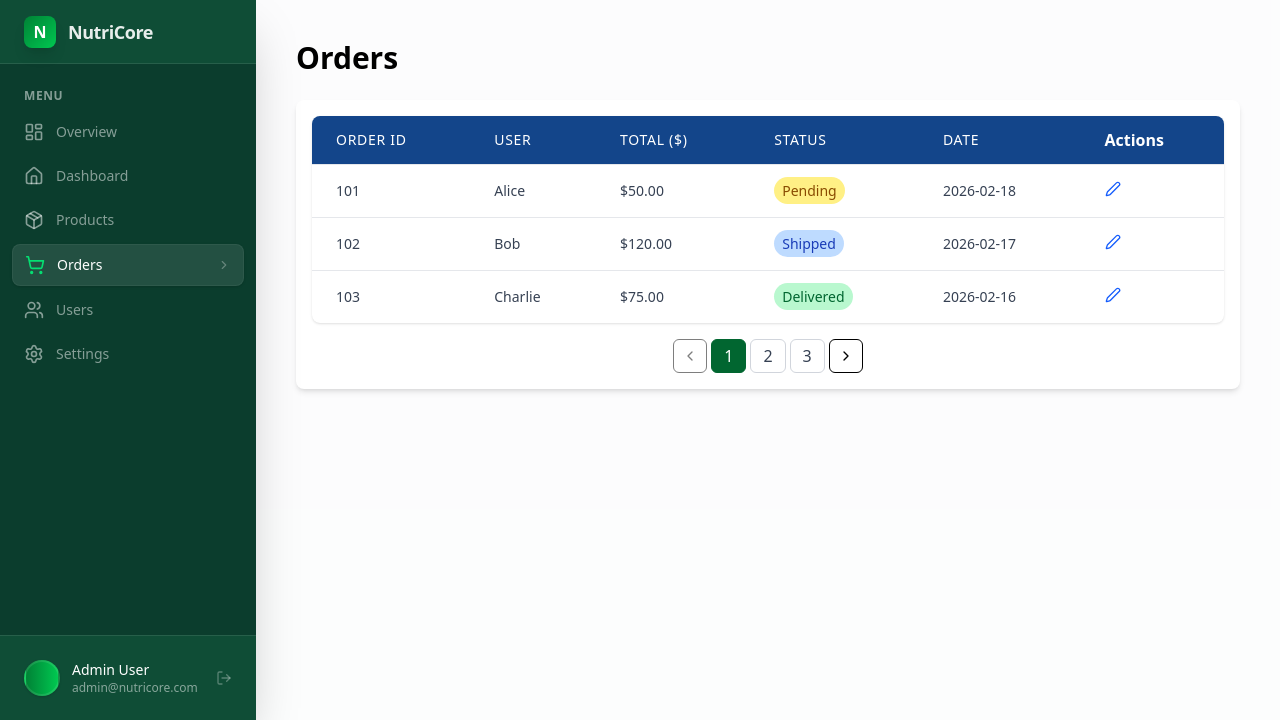
Repository: A-Nawaz512/NutriCore
Page: /admin/dashboard/orders (app in frontend/)
These files come from the project's save history. The page is drawn as it stood at one moment and after a run of saves; the edit follows.
The browser window is 1280 px wide. The pictures show the whole page.
The project was rebuilt for these pictures with package versions that can differ from the ones it lists, and the page was loaded fresh each time. Also part of the build but not shown: frontend/vite.config.ts, frontend/src/shared/components/ui/Button.tsx, frontend/src/shared/components/ui/Badge.tsx, frontend/src/shared/components/layout/Header.tsx, frontend/src/shared/components/layout/Footer.tsx, frontend/src/shared/components/layout/MainLayout.tsx.

Above is the page before, as saved 2026-02-18 21:14:09.

After the next 2 saves:
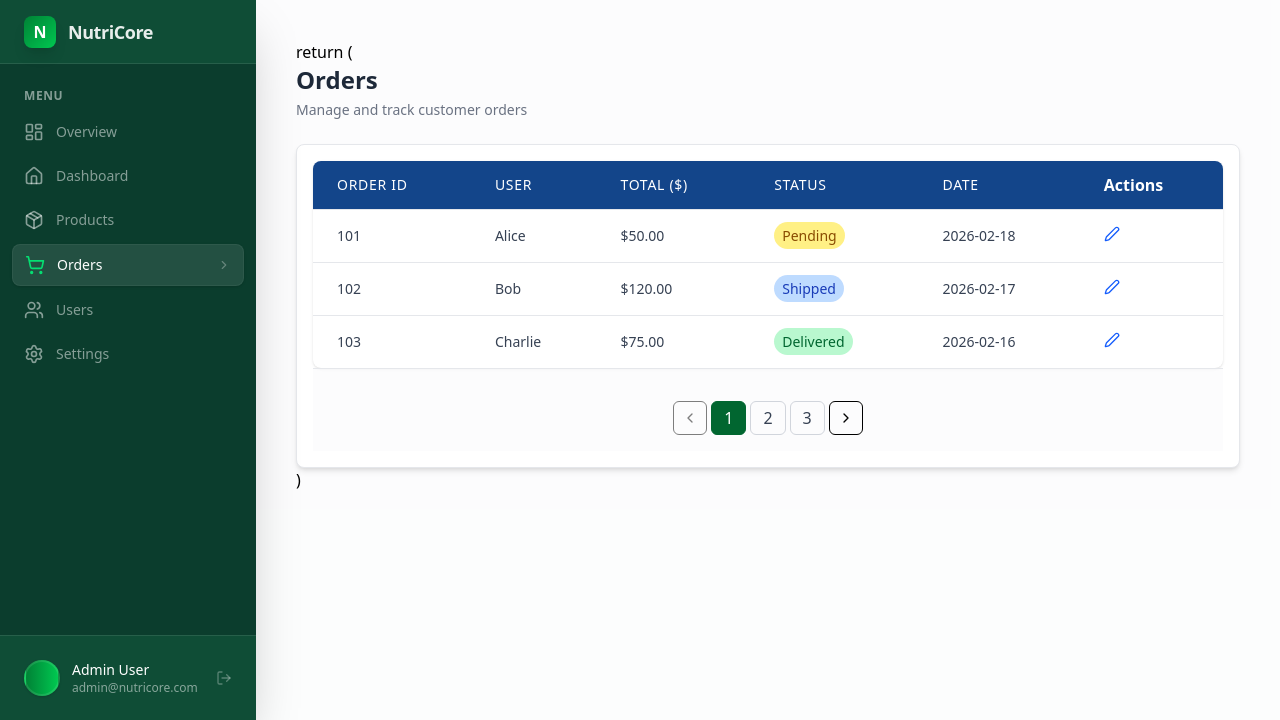
The 2 saves are shown as one change because they came seconds apart.
The last was saved 107 s later.
--- a/frontend/src/features/admin/pages/OrdersPage.tsx
+++ b/frontend/src/features/admin/pages/OrdersPage.tsx
@@ -45,15 +45,69 @@ const OrdersPage: FC = () => {
 
   return (
     <>
-      <h1 className="text-3xl font-bold mb-6">Orders</h1>
+      return (
+      <div className="space-y-6">
+        <div>
+          <h1 className="text-2xl font-bold text-gray-800">Orders</h1>
+          <p className="text-gray-500 text-sm mt-1">
+            Manage and track customer orders
+          </p>
+        </div>
 
-      <Card className="p-4 space-y-4">
-        {/* Shared Table */}
-        <Table columns={columns} data={orders} onEdit={handleView} />
+        <Card className="p-0 border border-gray-200">
+          {/* Desktop Table */}
+          <div className="hidden md:block">
+            <Table columns={columns} data={orders} onEdit={handleView} />
+          </div>
 
-        {/* Pagination */}
-        <Pagination currentPage={1} totalPages={3} onPageChange={(page) => console.log("Change page:", page)} />
-      </Card>
+          {/* Mobile Cards */}
+          <div className="md:hidden divide-y divide-gray-200">
+            {orders.map((order) => (
+              <div key={order.id} className="p-4 space-y-3">
+                <div className="flex justify-between items-start">
+                  <div>
+                    <h3 className="font-semibold text-gray-900 text-sm">
+                      Order #{order.id}
+                    </h3>
+                    <p className="text-xs text-gray-500">{order.user}</p>
+                  </div>
+
+                  <span
+                    className={`px-2 py-1 rounded-full text-xs font-medium ${statusColor(
+                      order.status
+                    )}`}
+                  >
+                    {order.status}
+                  </span>
+                </div>
+
+                <div className="flex justify-between text-sm text-gray-600">
+                  <span>${order.total.toFixed(2)}</span>
+                  <span>{order.date}</span>
+                </div>
+
+                <button
+                  onClick={() => handleView(order)}
+                  className="w-full text-xs py-2 rounded-lg border border-gray-200 hover:bg-gray-50 transition"
+                >
+                  View Order
+                </button>
+              </div>
+            ))}
+          </div>
+
+          {/* Pagination */}
+          <div className="p-4 border-t border-gray-200 bg-gray-50/50">
+            <Pagination
+              currentPage={1}
+              totalPages={3}
+              onPageChange={(page) => console.log("Change page:", page)}
+            />
+          </div>
+        </Card>
+      </div>
+      )
+
     </>
   )
 }
